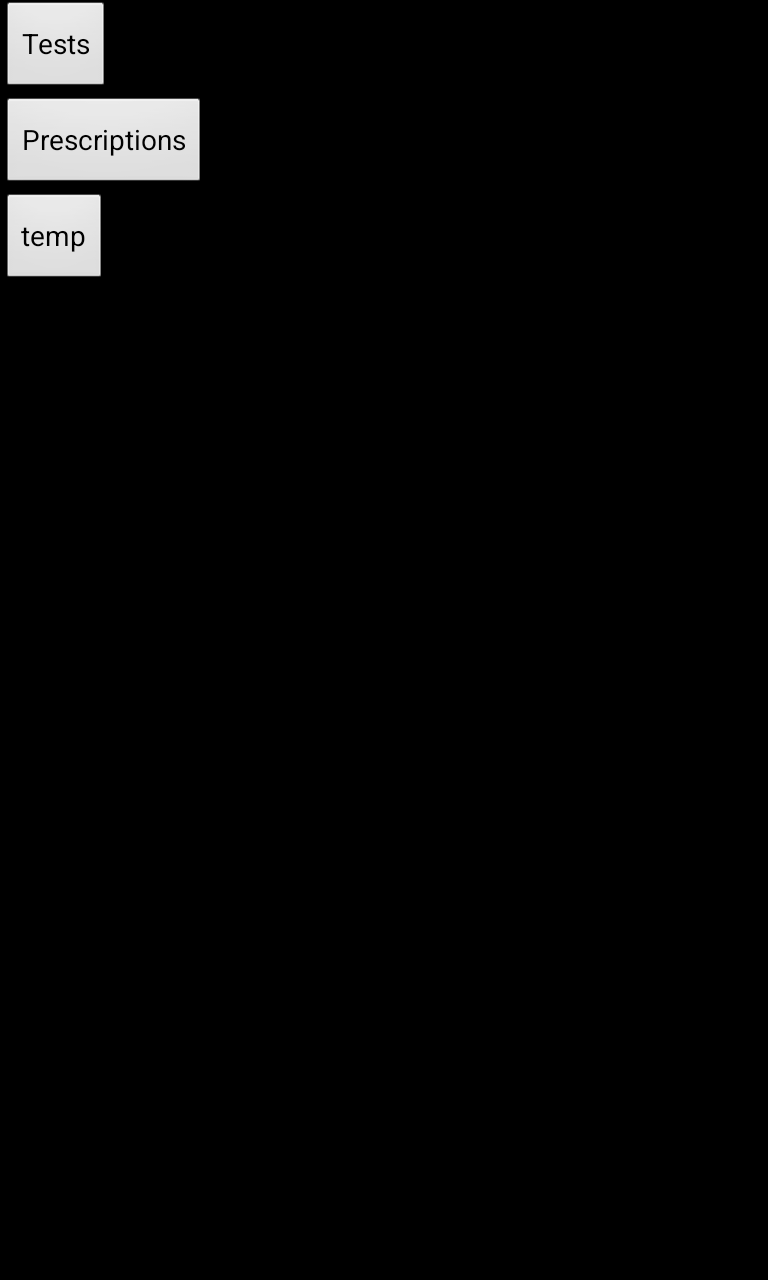
Repository: nuces-acm/DevFest-12-Team-9
Layout: data/Eclipse Workspace of android/Devfest/DCSClientApp/res/layout/main.xml
The author's editor kept a copy of each file at every save. The layout is drawn from the files as they stood at one save, then again after the next save.
It is drawn on a 768 x 1280 px phone screen (xhdpi) without system bars, with theme android:Theme; the app's code is not run.

Above is the layout before, as saved 2012-04-01 03:14:48.

### data/Eclipse Workspace of android/Devfest/DCSClientApp/res/layout/main.xml
<?xml version="1.0" encoding="utf-8"?>
<LinearLayout xmlns:android="http://schemas.android.com/apk/res/android"
    android:layout_width="match_parent"
    android:layout_height="match_parent"
    android:orientation="vertical"
    android:layout_gravity="center" >

    <Button
        android:id="@+id/testsButton"
        android:layout_width="wrap_content"
        android:layout_height="wrap_content"
        android:text="Tests"
        android:weight="1" />

    <Button
        android:id="@+id/prescriptionsButton"
        android:layout_width="wrap_content"
        android:layout_height="wrap_content"
        android:text="Prescriptions"
        android:weight="1" />

    <Button
        android:id="@+id/button3"
        android:layout_width="wrap_content"
        android:layout_height="wrap_content"
        android:text="temp"
        android:weight="1" />

</LinearLayout>

After the next save:
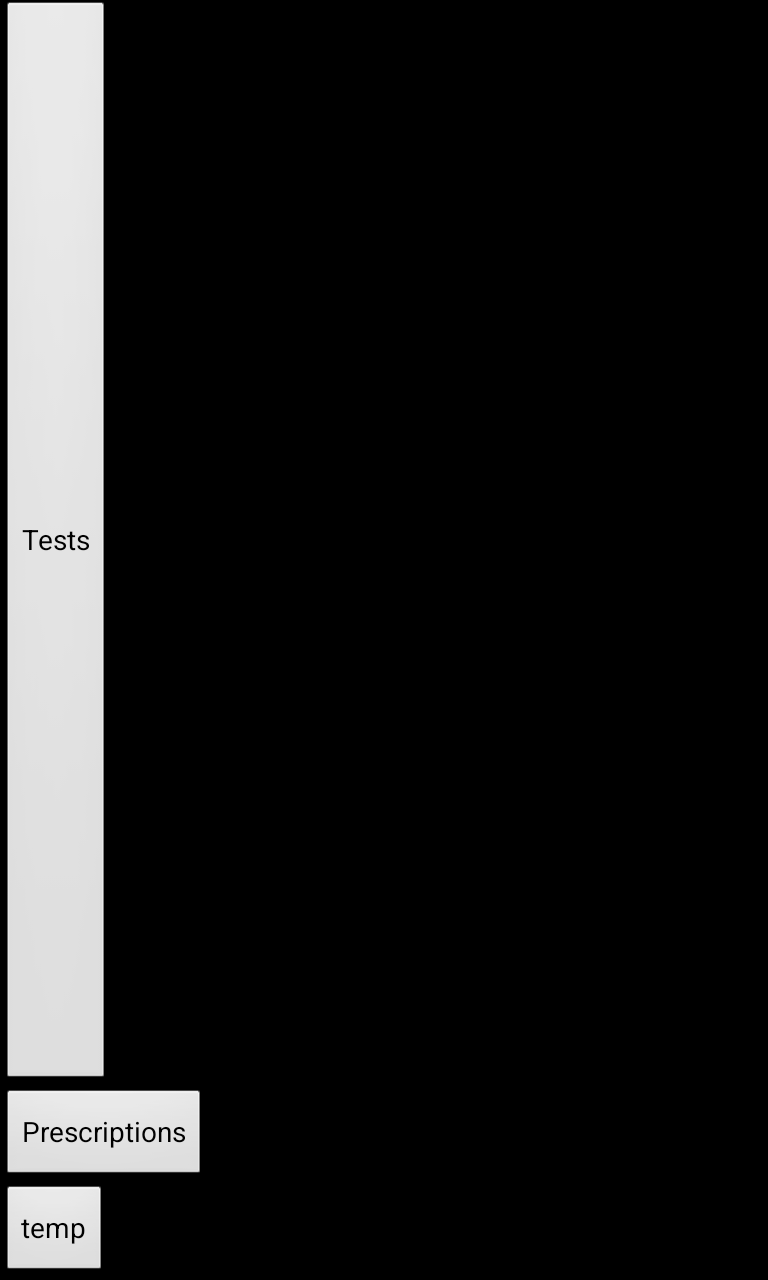
Saved 21 s later.
--- a/data/Eclipse Workspace of android/Devfest/DCSClientApp/res/layout/main.xml
+++ b/data/Eclipse Workspace of android/Devfest/DCSClientApp/res/layout/main.xml
@@ -10,7 +10,7 @@
         android:layout_width="wrap_content"
         android:layout_height="wrap_content"
         android:text="Tests"
-        android:weight="1" />
+        android:layout_weight="1" />
 
     <Button
         android:id="@+id/prescriptionsButton"
